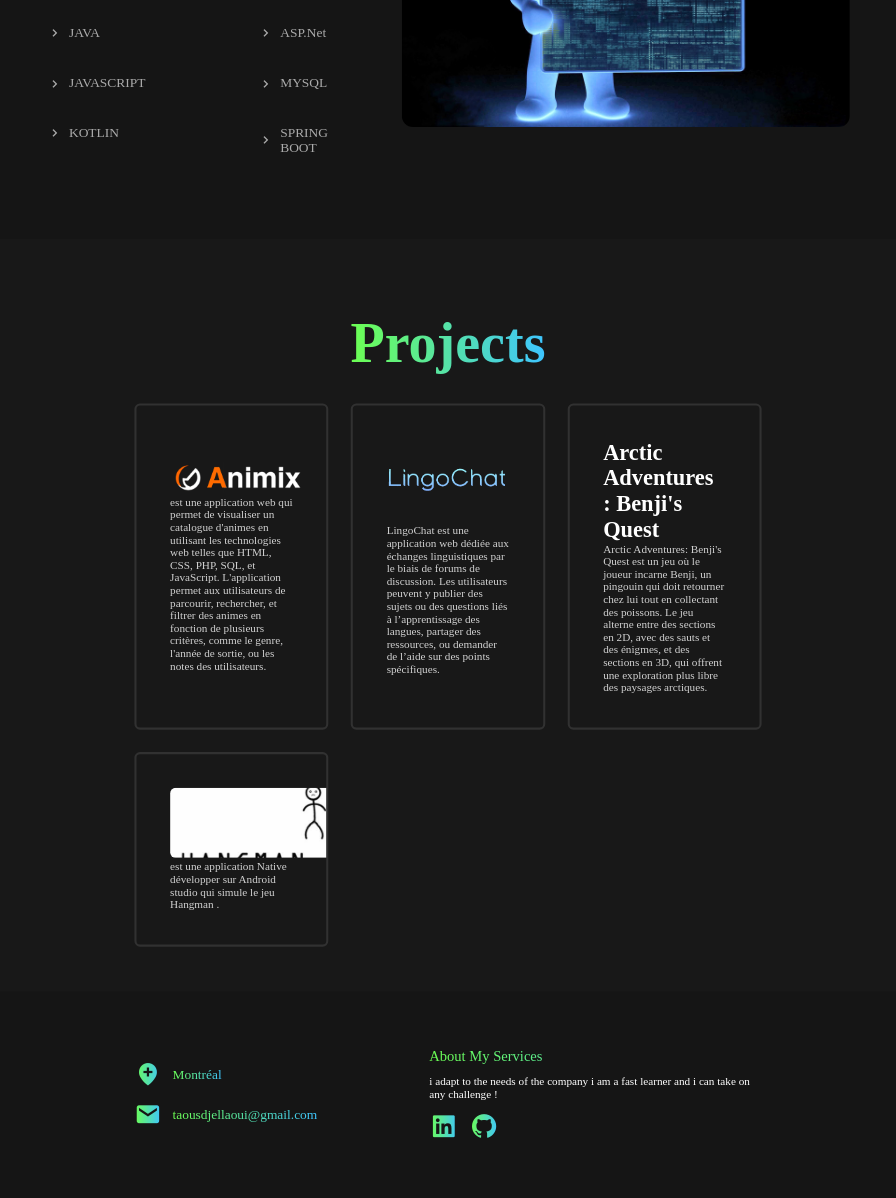
Repository: taousdjellaoui/portfolio-
Page: index.html
The author's editor kept a copy of each file at every save. The page is drawn from the files as they stood at one save, then again after the next save.
The browser window is 1280 px wide. The pictures show the part of the page from y = 1099 to 3019 px (the page is 2810 px tall before and 3019 px after), at 70% of full size.

Above is the page before, as saved 2024-10-25 13:41:21.

After the next save:
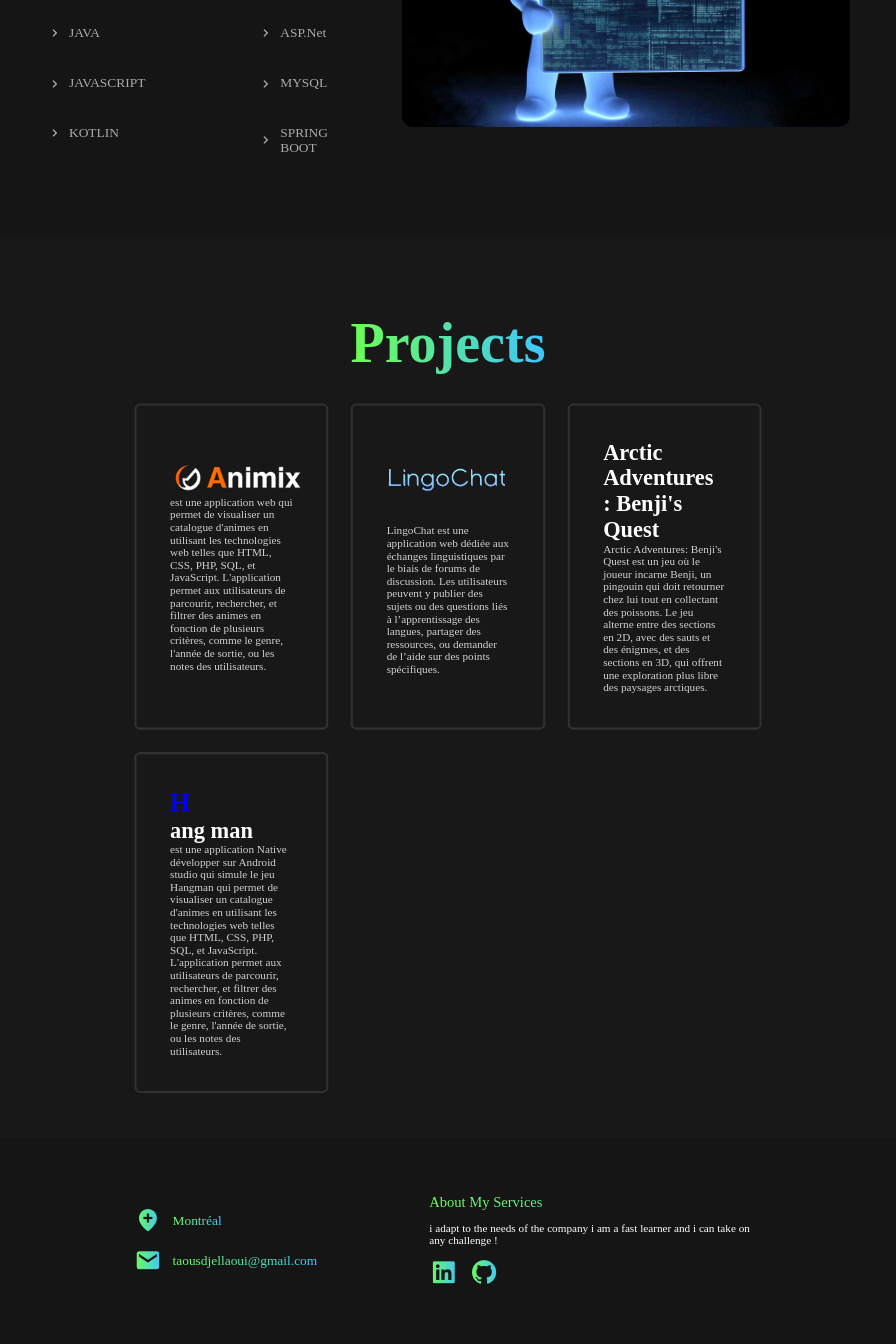
Saved 15 min 1 s later.
--- a/index.html
+++ b/index.html
@@ -102,8 +102,10 @@
         </div>
         <div class="box">
           <a href="https://github.com/taousdjellaoui/animix">
-          <img src="images/HangMan.jpg" style="width: 300px; height: 100px; object-fit: cover;"alt="" >
-          <p>est une application Native développer sur Android studio qui simule le jeu Hangman .</p>
+            <h1 style="color: blue; font-size: 36px;">H</h1><h1>ang man</h1>
+
+          <p>est une application Native développer sur Android studio qui simule le jeu Hangman qui permet de visualiser un catalogue d'animes en utilisant les technologies web telles que HTML, CSS, PHP, SQL, et JavaScript. L'application permet aux utilisateurs de parcourir, rechercher, et filtrer des animes en fonction de plusieurs critères,
+            comme le genre, l'année de sortie, ou les notes des utilisateurs.</p>
           </a>
         </div>
       </div>
